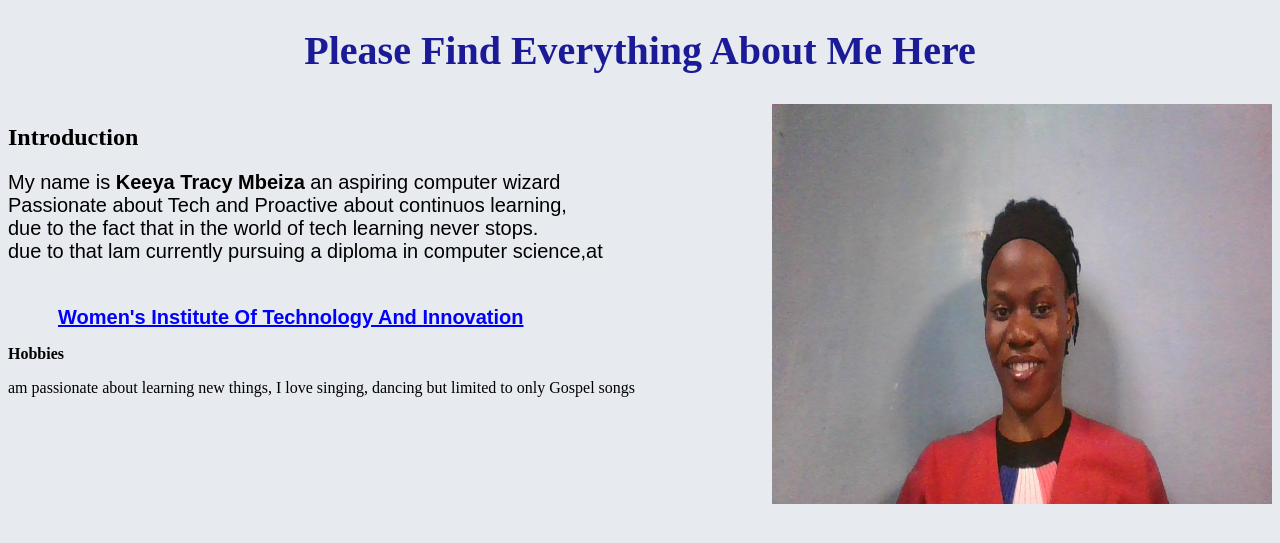
Repository: tracykeeya/my_first_web
Page: index.html
These files come from the project's save history. The page is drawn as it stood at one moment and after the next save; the edit follows.
The browser window is 1280 px wide. The pictures show the whole page.

Above is the page before, as saved 2025-11-03 11:51:43.

After the next save:
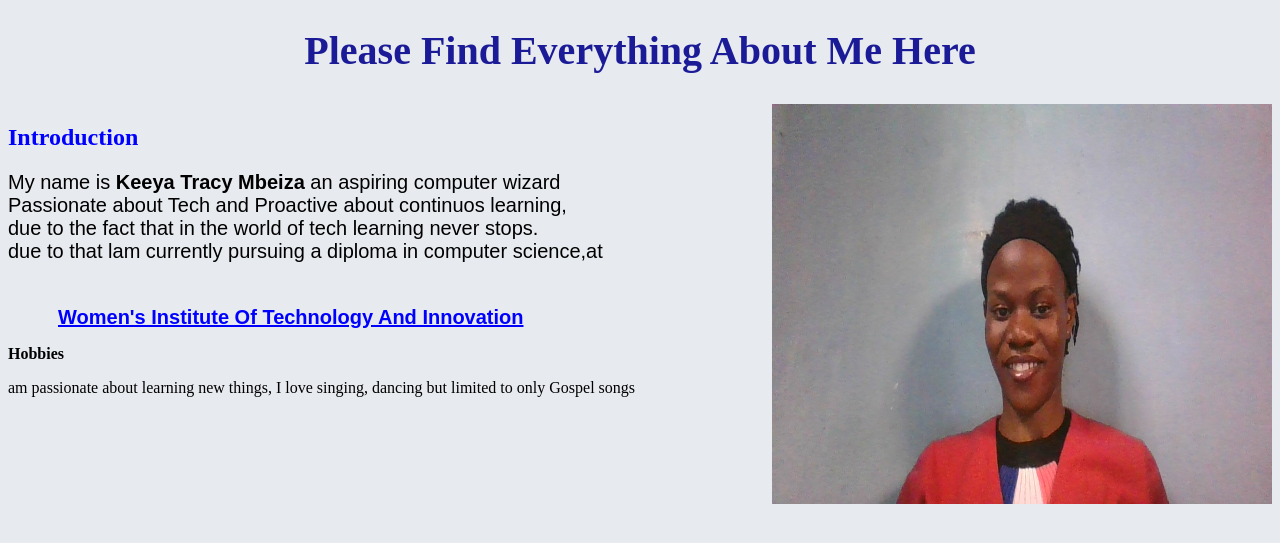
Saved 30 s later.
--- a/index.html
+++ b/index.html
@@ -14,7 +14,7 @@
     <div style="display: flex; align-items: flex-start; justify-content: space-between;">
         <!-- aligning the text to the left -->
         <div style="width: 60%;">
-    <h2 style="color: ;">Introduction</h2>
+    <h2 style="color: blue;">Introduction</h2>
 
     <p style="font-size: 20px; font-family: Arial, Helvetica, sans-serif; text-align: left; color: rgb(0, 0, 0)">My name is<strong> Keeya Tracy Mbeiza</strong> an aspiring computer wizard<br>Passionate about Tech and Proactive about continuos learning,<br> due to the fact that in the world of tech learning never stops.<br> due to that lam currently pursuing a diploma in computer science,at<br>
         </br></p>

After the 3 saves that followed:
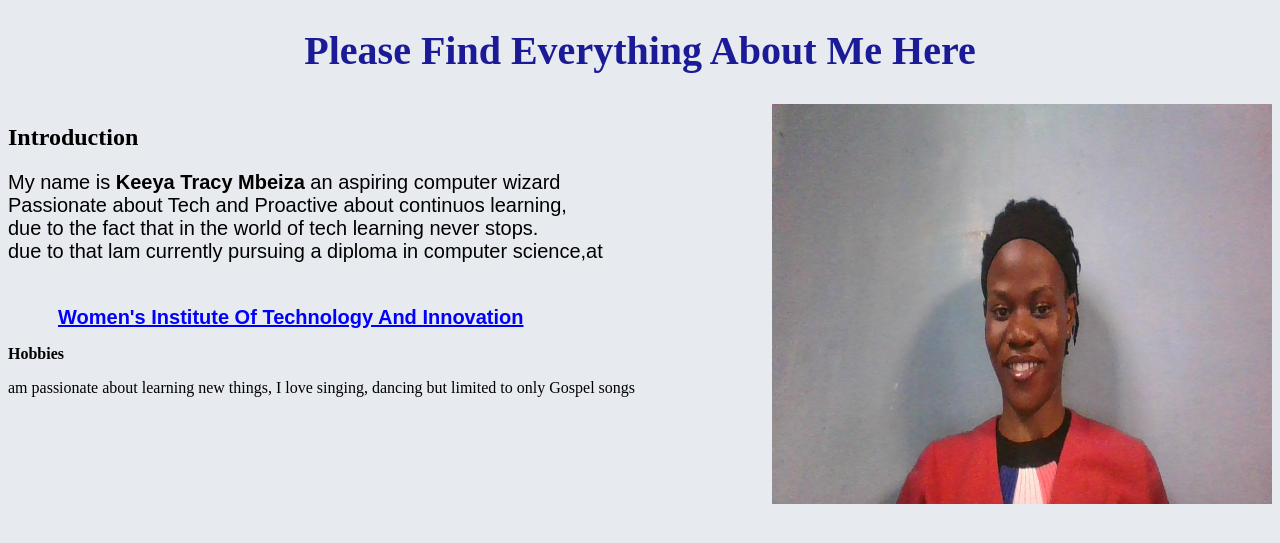
The 3 saves are shown as one change because they came seconds apart.
The last was saved 50 s later.
--- a/index.html
+++ b/index.html
@@ -14,7 +14,7 @@
     <div style="display: flex; align-items: flex-start; justify-content: space-between;">
         <!-- aligning the text to the left -->
         <div style="width: 60%;">
-    <h2 style="color: blue;">Introduction</h2>
+    <h2 style="color: black;">Introduction</h2>
 
     <p style="font-size: 20px; font-family: Arial, Helvetica, sans-serif; text-align: left; color: rgb(0, 0, 0)">My name is<strong> Keeya Tracy Mbeiza</strong> an aspiring computer wizard<br>Passionate about Tech and Proactive about continuos learning,<br> due to the fact that in the world of tech learning never stops.<br> due to that lam currently pursuing a diploma in computer science,at<br>
         </br></p>
